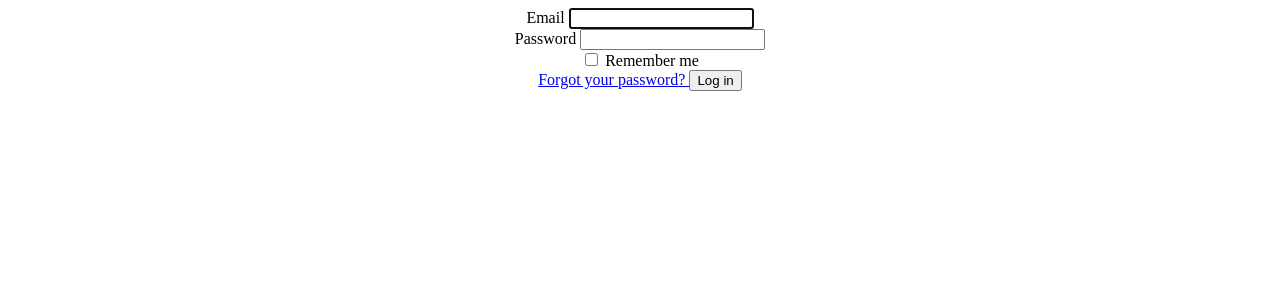
Repository: lookmanola/gestion_scolaire
Page: http://localhost/login
The author's editor kept a copy of each file at every save. The page is drawn from the files as they stood at one save, then again after a run of saves.
The browser window is 1280 px wide. The pictures show the whole page.
The page is served by the project's Laravel application, run on PHP 8.4 with Laravel 8. Other server files are loaded and not shown.

Above is the page before, as saved 2021-10-15 10:19:33.

### example-app/resources/views/auth/login.blade.php
<x-guest-layout>
    <x-auth-card>
        <x-slot name="logo">

        </x-slot>

        <!-- Session Status -->
        <x-auth-session-status class="mb-4" :status="session('status')" />

        <!-- Validation Errors -->
        <x-auth-validation-errors class="mb-4" :errors="$errors" />

        <form method="POST" action="{{ route('login') }}">
            @csrf
            <div style="display: flex; justify-content:center; flex-direction:column; align-items:center;">

                <!-- Email Address -->
                <div>
                    <x-label for="email" :value="__('Email')" />

                    <x-input id="email" class="style" type="email" name="email" :value="old('email')" required
                        autofocus />
                </div>

                <!-- Password -->
                <div class="mt-4">
                    <x-label for="password" :value="__('Password')" />

                    <x-input id="password" class="block mt-1 w-full" type="password" name="password" required
                        autocomplete="current-password" />
                </div>

                <!-- Remember Me -->
                <div class="block mt-4">
                    <label for="remember_me" class="inline-flex items-center">
                        <input id="remember_me" type="checkbox"
                            class="rounded border-gray-300 text-indigo-600 shadow-sm focus:border-indigo-300 focus:ring focus:ring-indigo-200 focus:ring-opacity-50"
                            name="remember">
                        <span class="ml-2 text-sm text-gray-600">{{ __('Remember me') }}</span>
                    </label>
                </div>

                <div class="flex items-center justify-end mt-4">
                    @if (Route::has('password.request'))
                        <a class="underline text-sm text-gray-600 hover:text-gray-900"
                            href="{{ route('password.request') }}">
                            {{ __('Forgot your password?') }}
                        </a>
                    @endif

                    <x-button class="ml-3">
                        {{ __('Log in') }}
                    </x-button>
                </div>
            </div>
        </form>
    </x-auth-card>
</x-guest-layout>

Loaded but not shown: example-app/routes/web.php (common file); example-app/routes/auth.php (common file); example-app/app/Http/Controllers/Auth/AuthenticatedSessionController.php (common file); example-app/app/Http/Controllers/Controller.php (common file); example-app/app/View/Components/GuestLayout.php (common file); example-app/resources/views/components/auth-session-status.blade.php (common file); example-app/resources/views/components/auth-validation-errors.blade.php (common file); example-app/resources/views/components/label.blade.php (common file); example-app/resources/views/components/input.blade.php (common file); example-app/resources/views/components/button.blade.php (common file); example-app/resources/views/components/auth-card.blade.php (common file); example-app/resources/views/layouts/guest.blade.php (common file); example-app/public/js/app.js (library); example-app/public/css/app.css (empty)

After the next 2 saves:
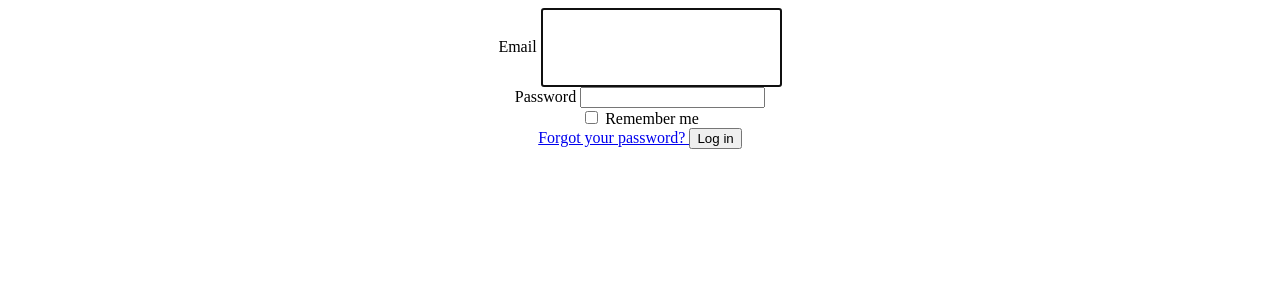
The 2 saves are shown as one change because they came seconds apart.
The last was saved 19 s later.
--- a/example-app/resources/views/auth/login.blade.php
+++ b/example-app/resources/views/auth/login.blade.php
@@ -18,7 +18,7 @@
                 <div>
                     <x-label for="email" :value="__('Email')" />
 
-                    <x-input id="email" class="style" type="email" name="email" :value="old('email')" required
+                    <x-input id="email" style="padding:30px" type="email" name="email" :value="old('email')" required
                         autofocus />
                 </div>
 

After the 2 saves that followed:
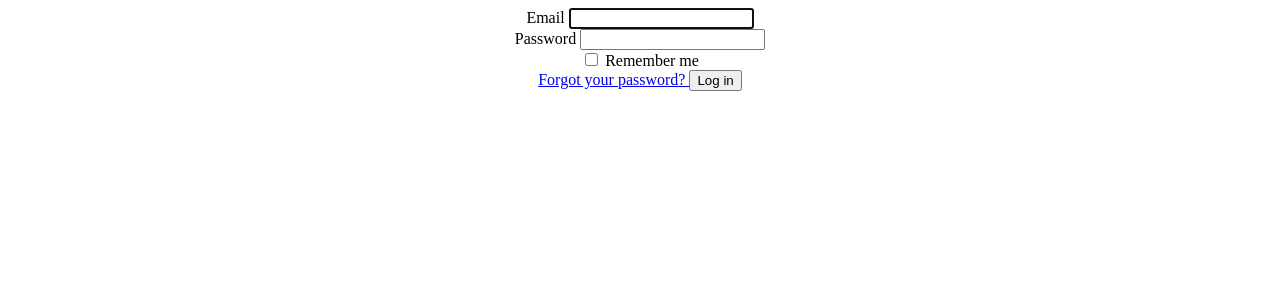
The 2 saves are shown as one change because they came seconds apart.
The last was saved 12 s later.
--- a/example-app/resources/views/auth/login.blade.php
+++ b/example-app/resources/views/auth/login.blade.php
@@ -18,7 +18,7 @@
                 <div>
                     <x-label for="email" :value="__('Email')" />
 
-                    <x-input id="email" style="padding:30px" type="email" name="email" :value="old('email')" required
+                    <x-input id="email" class="style" type="email" name="email" :value="old('email')" required
                         autofocus />
                 </div>
 
